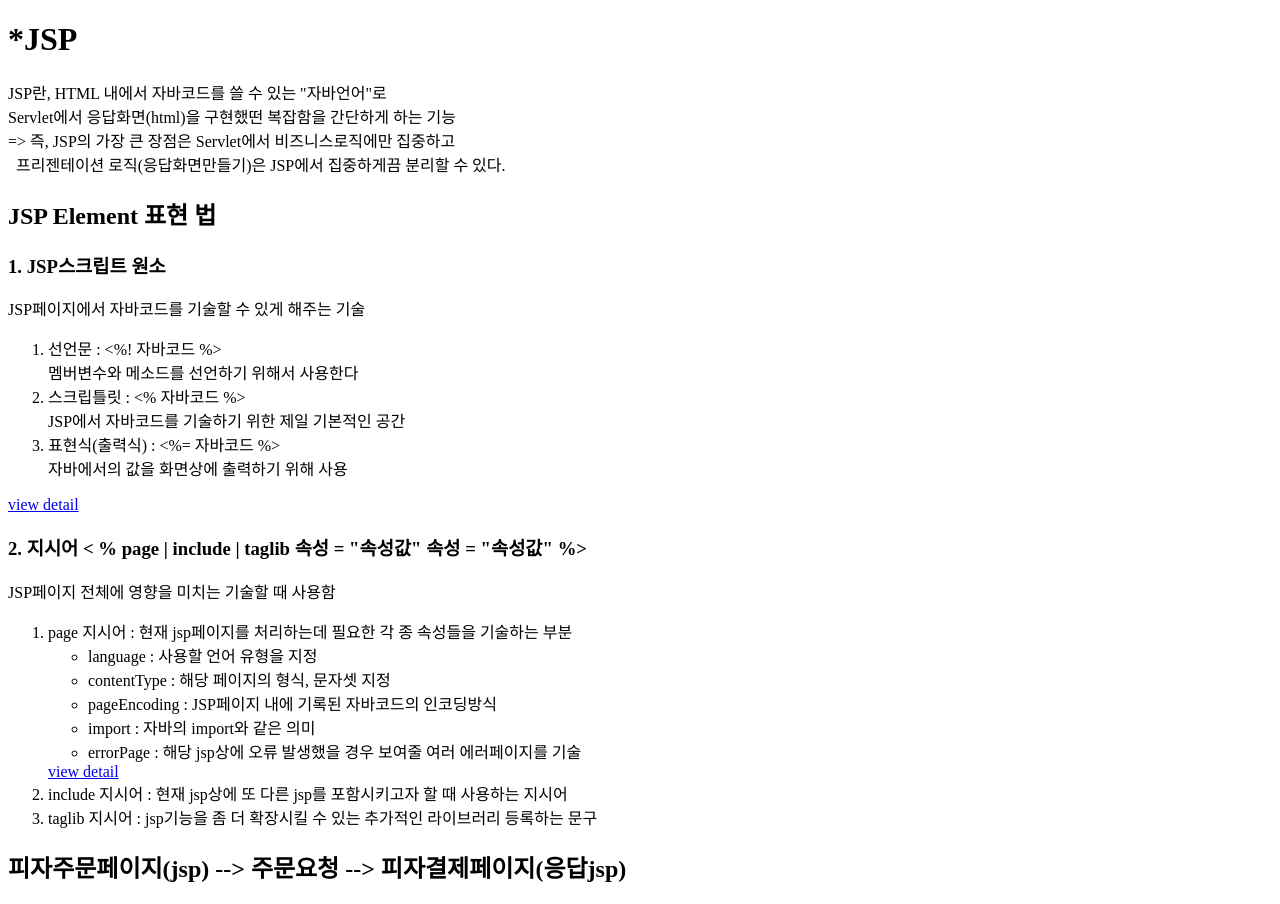
Repository: hyerangbi/Servlet
Page: 7_JSP/JSP/src/main/webapp/index.html
The author's editor kept a copy of each file at every save. The page is drawn from the files as they stood at one save, then again after the next save.
The browser window is 1280 px wide. The pictures show the whole page.

Above is the page before, as saved 2024-09-10 03:05:09.

After the next save:
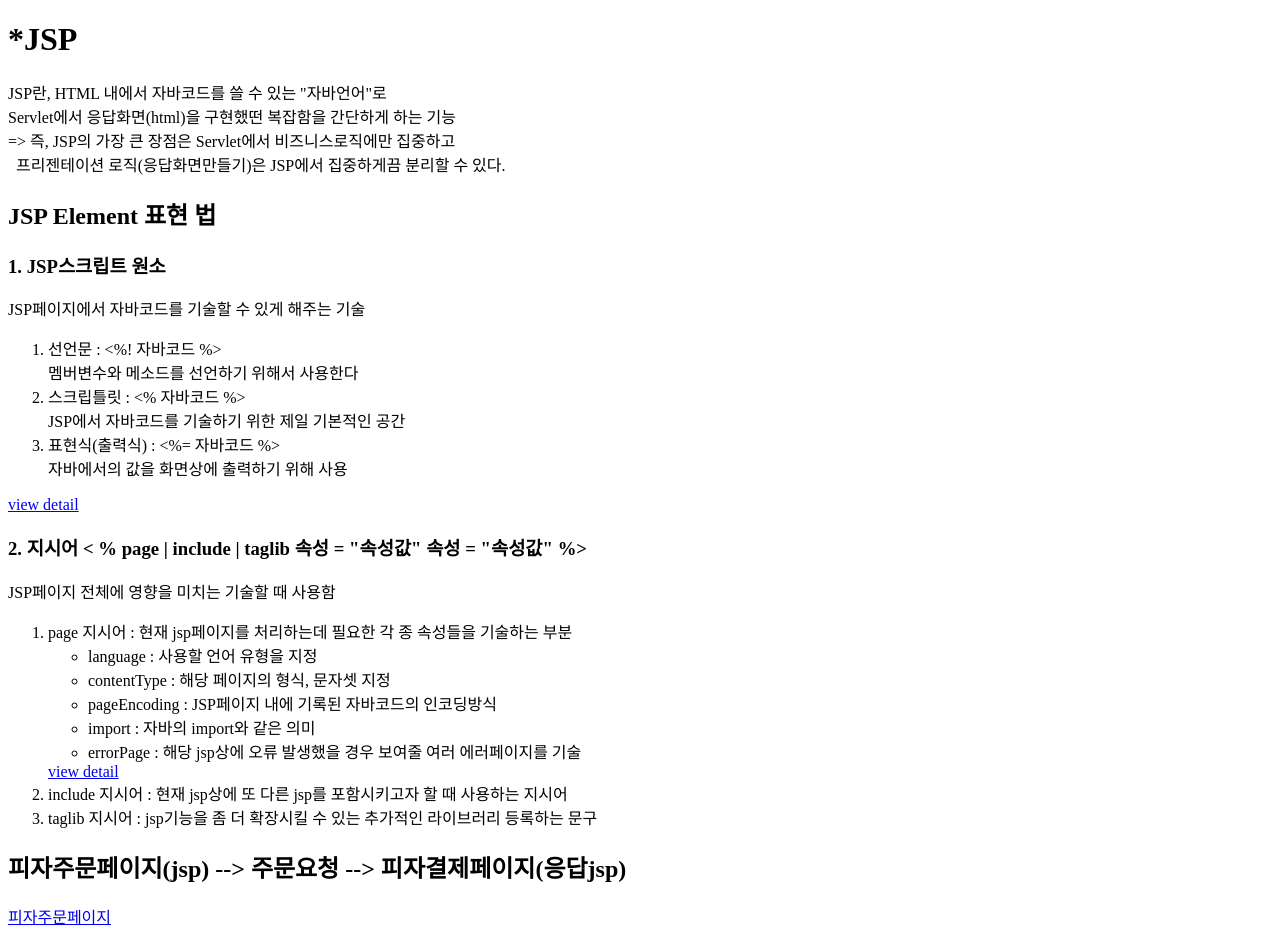
Saved 63 s later.
--- a/7_JSP/JSP/src/main/webapp/index.html
+++ b/7_JSP/JSP/src/main/webapp/index.html
@@ -64,5 +64,6 @@
     </ol>
 
     <h2> 피자주문페이지(jsp) --> 주문요청 --> 피자결제페이지(응답jsp)</h2>
+    <a href="views/pizza/pizzaOrderForm.jsp">피자주문페이지</a>
 </body>
 </html>
